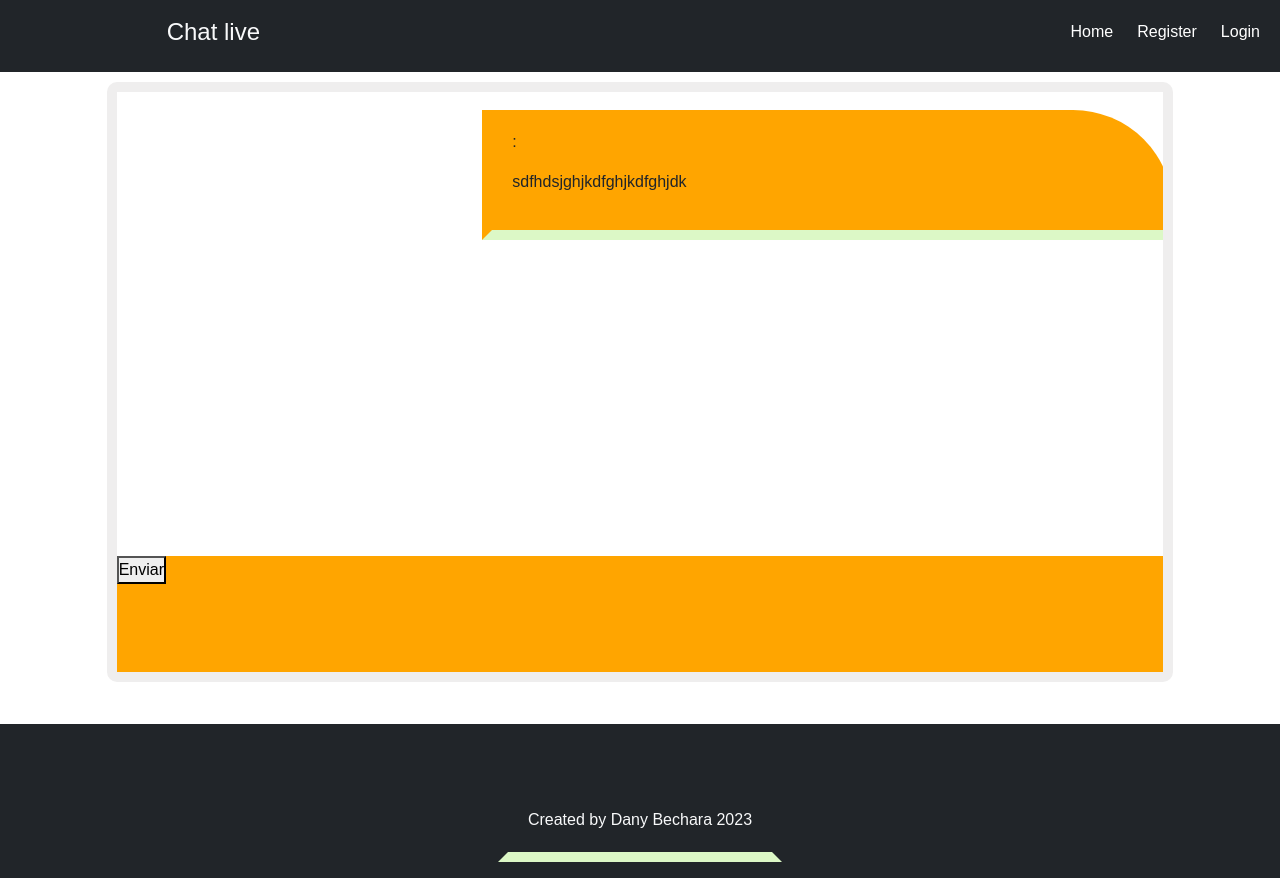
Repository: bechara611/chatv2
Page: /chat
The author's editor kept a copy of each file at every save. The page is drawn from the files as they stood at one save, then again after a run of saves.
The browser window is 1280 px wide. The pictures show the whole page.
The page's requests for data from a server got no answer. The project was rebuilt for these pictures with package versions that can differ from the ones it lists, and the page was loaded fresh each time. Some packages were replaced by stand-ins written for this rebuild. No one was signed in, and anything a server would have sent is missing. Also part of the build but not shown: src/hooks/useForm.jsx, src/api/Instance.jsx, src/auth/hooks/useAuth.jsx, src/auth/components/login.jsx, src/auth/components/register.jsx, src/ui/components/Home.jsx, src/App.css.

Above is the page before, as saved 2023-03-15 17:44:24.

### src/index.js
import React from 'react';
import ReactDOM from 'react-dom/client';
import './index.css';
import { App2 } from './App';
import { BrowserRouter } from 'react-router-dom';
import 'bootstrap/dist/css/bootstrap.min.css'
import 'bootstrap/dist/js/bootstrap.bundle.js'
import 'animate.css'
import { Provider } from 'react-redux';
import { store } from './store/Store';
const root = ReactDOM.createRoot(document.getElementById('root'));
root.render(
  <Provider store={store}>
    <BrowserRouter>
      <App2 />
    </BrowserRouter>
  </Provider>
);

### src/index.css
*{
  font-family: 'Poppins',sans-serif;
}

### src/App.js
import React from 'react'
import { Rutas } from './Router/Routes';
import { Header } from './ui/components/Header';
import './App.css'
import { Footer } from './ui/components/Footer';
import { Caparazon } from './ui/components/Caparazon';
import { ContenedorPrincipal } from './ui/components/ContenedorPrincipal';

export const App2 = () => {
  return (
    <>
      <Caparazon>
        <Header></Header>
        <ContenedorPrincipal> {/*El contenedor principal a su vez lleva sus hijos dos elementos, el footer que le pusimos absolute para ubicarlo de ultimo y el MainCuerpo que tienes las rutas */}
          <Rutas></Rutas>{/*Este MainCuerpo tiene las rutas de la aplicacion, es el main de la pagina y lo que va a cambiar dependiendo donde estemos */}
          <div className='mb-5 pb-5'></div>

          <Footer></Footer>  {/*Este es el footer que utilizamos para el pie de pagina, tiene posicion absolute como dije anteriormnete */}
        </ContenedorPrincipal>


      </Caparazon>
    </>
  )
}

### src/store/Store.js
import { configureStore } from "@reduxjs/toolkit";
import { AuthSlice } from "../auth/slices/authSlice";
import chatSlice from "../chat/slices/chatSlice";


export const store = configureStore({
    reducer:{
        auth:AuthSlice.reducer,
        chatSlice:chatSlice.reducer
    },
    middleware:(middleware)=>{
        return middleware({
            serializableCheck:false,
        })
    }

})

### src/Router/Routes.jsx
import React from 'react'
import { Navigate, Route, Routes } from 'react-router-dom'
import { Login } from '../auth/components/login'
import { Register } from '../auth/components/register'
import { Chat } from '../chat/components/Chat'
import { Home } from '../ui/components/Home'

export const Rutas = () => {

    return (

        <Routes>
            <Route path='/' element={<Home></Home>}></Route>
            <Route path='/login' element={<Login></Login>}></Route>
            <Route path='/register' element={<Register></Register>}></Route>
            <Route path='/chat' element={<Chat></Chat>}></Route>
            <Route path='/*' element={<Navigate to={'/'}></Navigate>}></Route>
        </Routes>

    )
}

### src/ui/components/Header.jsx
import React, { useEffect } from 'react'
import { useDispatch, useSelector } from 'react-redux';
import { NavLink, useNavigate } from 'react-router-dom'
import { logout } from '../../auth/slices/authSlice';
import './Header.css'
export const Header = () => {
  const navegar= useNavigate()
  const authState = useSelector((state)=>state.auth);
  const dispatch = useDispatch();
  useEffect(() => {


    return () => {

    }
  }, [])

  return (
    <>

      <div className=" bg-dark contenedor-header col-12">
        <div className="titulo-header col-sm-4 col-12">
          <h4 className='text-light'>Chat live</h4>

        </div>
        <div className="col-sm-8 col-12  contenedor-menu">
          <nav className=' m-2 nav'>

            <NavLink className={ ({isActive}) => `item-menu  ${ isActive ? 'activeLink':'' }` } to={'/'} >Home</NavLink>
            {
              authState.token && authState.name && authState.email ?
              <NavLink className={ ({isActive}) => `item-menu  ${ isActive ? 'activeLink':'' }` } to={'/chat'} >Chat</NavLink>
              :<></>
            }

            <NavLink className={ ({isActive}) => `item-menu  ${ isActive ? 'activeLink':'' }` } to={'/register'} >Register</NavLink>
            {authState.token && authState.name && authState.email ?
              <NavLink className={ ({isActive}) => `item-menu  }` } to={'/login'} onClick={()=>{
                localStorage.removeItem('email')
                localStorage.removeItem('token')
                localStorage.removeItem('name')

                navegar('/login')
                dispatch(logout())
              }} >Logout</NavLink>
              :
              <NavLink className={ ({isActive}) => `item-menu  ${ isActive ? 'activeLink':'' }` } to={'/login'} >Login</NavLink>
            }

            </nav>
        </div>




      </div>
    </>

  )
}

### src/ui/components/Footer.jsx
import React from 'react'
import './Footer.css'


let linkdn="https://linkedin.com/in/DanyBechara";
let correo="mailto:bechara611@gmail.com";
let blank='_blank';
let github='https://github.com/bechara611';
let whatssap='https://wa.me/584120361952';

export const Footer = () => {
  return (
    <>

      {/*Aca este footer le estamos colocando una posicion absolute y a su padre relativa para poder ubicarlo al final de su div padre */}
      <div className="footer  col-12  mt-2 bg-dark">
      <a href={linkdn} target={blank} className='animate__animated animate__lightSpeedInLeft'><i className=" linkdin fa-brands fa-linkedin iconoRedes"></i></a>
      <a href={whatssap} target={blank}  className='animate__animated animate__lightSpeedInLeft'><i className="whatssap fa-brands fa-whatsapp iconoRedes"></i></a>
      <a href={correo} target={blank}  className='animate__animated animate__lightSpeedInLeft'><i className="gmail fa-solid  fa-envelope iconoRedes"></i></a>
      <a href={github} target={blank}  className='  animate__animated animate__lightSpeedInLeft'><i className=" github fa-brands fa-github iconoRedes"></i></a>

     <div className="col-12 contenedor-mensaje-footer mt-1">
     <div className="col-12 contenedor-mensaje-footer">
     <p className='mensaje text-light'>Created by Dany Bechara {new Date().getFullYear().toString()}</p>
     </div>

     </div>
      </div>
    </>

  )
}

### src/ui/components/Caparazon.jsx
import React from 'react'
import './Caparazon.css'
export const Caparazon = ({ children }) => {
    return (
        <>
{/*Caparazon princiapal donde el mismo tiene un flex en colum, adentro tiene sus hijos que son un div que
ocupe el 70vh donde eesta todo lo demas y el 30vh primero es del header */}
            <div className='caparazonPrincipal '>

                {children}

            </div>
        </>
    )
}

### src/ui/components/ContenedorPrincipal.jsx
import React from 'react'
import './ContenedorPrincipal.css'
export const ContenedorPrincipal = ({ children }) => {
  return (
    <div className='ContenedorPrincipal'>
    {/*Aca de hijos tendran las rutas para verse en el medio y el footer, este tiene un position relative para que su hijo footer pueda
  ubicarse en la parte de abajo */}
      {children}
    </div>
  )
}

### src/auth/slices/authSlice.js
import { createSlice } from "@reduxjs/toolkit";


export const AuthSlice = createSlice({
    name: 'auth',
    initialState: {
        name: localStorage.getItem('name') || null,
        email: localStorage.getItem('email') || null,
        token: localStorage.getItem('token') || null
    },
    reducers: {
        login: (state, { payload }) => {
            state.name=payload.name;
            state.email=payload.email;
            state.token=payload.token

        },
        logout:(state,{payload})=>{
            state.name=null;
            state.email=null;
            state.token=null;
        },
    }
})

export const {mostrar,logout,login} = AuthSlice.actions;

### src/chat/slices/chatSlice.js
import { createSlice } from "@reduxjs/toolkit";

const initialState={
    mensajes:[{name:'',mensaje:'',fecha:'',email:''}],
    conectados:[],
}

const chatSlice = createSlice({
    name:'chatSlice',
    initialState,
    reducers:{
        pushConectadosSlice :(state,{payload})=>{
            state.conectados=payload
        },
        pushMensajesSlice:(state,{payload})=>{
            state.mensajes=payload
        },
    }
})

export default chatSlice
export const {pushConectadosSlice,pushMensajesSlice} = chatSlice.actions

### src/chat/components/Chat.jsx

import { io } from "socket.io-client";
import React, { useEffect, useRef, useState } from 'react'
import './chat.css'
import { getUnixTime } from "date-fns";
import { useDispatch, useSelector } from "react-redux";
import { pushConectadosSlice, pushMensajesSlice } from "../slices/chatSlice";
import { Mensaje } from "./Mensaje";

const socket = io(process.env.REACT_APP_BACKEND, { //ruta del backend
    'extraHeaders': {
        'token': localStorage.getItem('token'),
        'email': localStorage.getItem('email'),
        'nombre': localStorage.getItem('name'),
    }
})
export const Chat = () => {


    const mensajesEstado = useSelector(state => state.chatSlice)
    const dispatch = useDispatch();

    useEffect(() => {

        socket.on('connect', () => { })
        socket.on('NuevoIntegrante', (payload) => {
            //TODO aca debes colocarle al slice y al estado los nuevos integrantes
            dispatch(pushConectadosSlice(payload))
            console.log(payload)
        })
        //?recibir mensajes
        socket.on('recibirTodosMensajes', (payload) => {
            //TODO colocar en el slice los mensajes
            dispatch(pushMensajesSlice(payload))
            console.log(payload)
        })
    }, [])





    //?metodo para enviar mensajes

    const EnviarMensajes = () => {
        let mensaje = {
            name: localStorage.getItem('name'),
            mensaje: 'Mensaje nuevo ',//TODO ponle el estado de mensaje
            fecha: getUnixTime(new Date()),
            email: 'bechara612@gmail.com'
        }
        socket.emit('recibiMensaje', mensaje)

    }



    //TODO FIN SOCKET

    const referenciaDiv = useRef();
    const referenciaDiv2 = useRef();
    useEffect(() => {

        referenciaDiv2.current.scrollTop = referenciaDiv2.current.scrollHeight;
    }, [])
    useEffect(() => {


        referenciaDiv2.current.scrollTop = referenciaDiv2.current.scrollHeight;
    }, [mensajesEstado])

    return (
        <>
            <div className="col-12 chat2 " ref={referenciaDiv}>
                <div className="col-10 hijoChat">
                    <div className="col-12 parteMensajes" ref={referenciaDiv2} >
                        {
                            mensajesEstado.mensajes.map((mensaje, index) => {
                                return <Mensaje mensaje={mensaje}></Mensaje>
                            })
                        }
                    </div>
                    <div className="col-12 parteInputs">
                    <button onClick={() => { EnviarMensajes() }}>Enviar</button>
                    </div>
                </div>
            </div>


        </>

    )
}

### src/ui/components/Header.css
.contenedor-header{
    display: flex;
    flex-direction: row;
    flex-wrap: wrap;
    min-height: 10vh;
}
.titulo-header{
    text-align: center;
    padding: 5px;
    display: flex;
    flex-direction: row;
    justify-content: center;
    align-items: center;
    align-self: center;
}
.contenedor-menu{
    display: flex;
    flex-direction: row;
    flex-wrap: nowrap;
    justify-content: flex-end;

}
.item-menu{
   margin: 5px;
   text-decoration: none;
   color: white;
  transition: all 1s ease;
   padding: 7px;
   border-radius: 20px;
}
.activeLink{
    background: rgb(40, 139, 196);
}
.item-menu:hover{
    text-decoration: none;
    background: rgb(40, 139, 196);
    color: white;
}

@media(max-width:577px){
.contenedor-menu{
        justify-content: center;
        text-align: center;
        align-self: center;
        align-items: center;
        flex-wrap: nowrap;
    }
    .nav{
        justify-content: center;
        text-align: center;
        align-self: center;
        align-items: center;
        flex-wrap: nowrap;
    }
    .item-menu{
    padding: 0px;
    }
}

### src/ui/components/Footer.css


.footer {

    background: rgb(209, 102, 102,.1);
    position: absolute;
    bottom: 0%;
    display: flex;
    flex-direction: row;
    justify-content: center;
    text-align: center;
    align-items: center;
    justify-items: center;
    flex-wrap: wrap;

}


.iconoRedes {
    font-size: 40px;
    padding-left: 10px;
    margin: 5px;

}

.github:hover {
    color: #4b3074;

}
.github{
    color: #6e5494;
}

.whatssap:hover {
    color: #0c903c;
}
.whatssap{
    color: #25d366;

}

.gmail:hover {
    color: #e65f5f;
}

.gmail{
    color: #cc0000;
}

.linkdin:hover {
    color: #0780ac;
}

.linkdin{
    color: #0377a1;
}

.contenedor-mensaje-footer {
    display: flex;
    flex-direction: row;
    justify-content: center;
    text-align: center;
    align-items: center;
    justify-items: center;
}

/*?RESPONSIVE*/

@media(max-width:255px) {
    .iconoRedes {
        font-size: 30px;
        padding-left: 5px;
    }

    .mensaje {
        font-size: 10px;
    }
}

### src/ui/components/Caparazon.css
/*Estilos del caparazon como tal principal*/
    /*Aca colocamos que el caparazonPrincipal ocupa toda la pantalla, y una direccion en column para que el header sea de 30vh y el resto el otro div  */
.caparazonPrincipal{
    display: flex;
    flex-direction: column;
    justify-content: space-between;
    min-height: 100vh;
  overflow-x: hidden;
  overflow-y: visible;
}

### src/ui/components/ContenedorPrincipal.css
/*Aca al contenedor ponemos positionRelative para que el footer pueda tener una posicion absoluta y se pueda posicionar al final*/
.ContenedorPrincipal{
    min-height: 90vh;

    position: relative;
}

### src/auth/components/login.css
*,
*:before,
*:after{
    padding: 0;
    margin: 0;
    box-sizing: border-box;
}

.social{
  display: flex;
  flex-direction: row;
  justify-content: center;
}
.contenedor-loginRegistro{

  margin-top: 5px;
  display: flex;
  flex-direction: row;
  justify-content: center;
  align-items: center;
}

  .formularioLoginRegister{

    background-color: rgb(29, 29, 29,.6);
    top: 50%;
    left: 50%;
    border-radius: 10px;
    backdrop-filter: blur(10px);
    border: 2px solid rgba(255,255,255,0.1);
    box-shadow: 0 0 10px rgba(142, 201, 228, 1);
    padding: 10px 15px;
}
.formularioLoginRegister *{

    color: #ffffff;
    letter-spacing: 0.5px;
    outline: none;
    border: none;
}
.formularioLoginRegister h3{
    font-size: 32px;
    font-weight: 500;
    line-height: 42px;
    text-align: center;
}

.labelLoginRegister{
    display: block;
    margin-top: 30px;
    font-size: 16px;
    font-weight: 500;
}
.inputLoginRegister{
    display: block;
    height: 45px;
    width: 100%;
    background-color: rgba(255,255,255,0.07);
    border-radius: 3px;
    padding: 0 5px;
    margin-top: 8px;
    font-size: 14px;
    font-weight: 300;

}
::placeholder{
    color: #e5e5e5;
}
.btnLoginRegister{
    margin-top: 50px;
    width: 100%;
    background-color: #ffffff;
    color: #080710;
    padding: 5px 0;
    font-size: 18px;
    font-weight: 600;
    border-radius: 5px;
    cursor: pointer;

}
.btnLoginRegister:hover{
  background: #94b1dd;;
}
.social{
  margin-top: 30px;
  display: flex;
  cursor: pointer;
}
.social div{
  background: red;
  width: 150px;
  border-radius: 3px;
  padding: 5px 10px 10px 5px;
  background-color: rgba(55, 135, 184, 0.67);
  color: #eaf0fb;
  text-align: center;
  cursor: pointer;
}
.social div:hover{
  background-color: rgba(255,255,255,0.47);
}
.social .fb{
  margin-left: 25px;
}
.social i{
  margin-right: 4px;
}

### src/chat/components/chat.css
.chat {
    background: red;
    width: 100vw;
    height: 300px;
    overflow: scroll;
    margin-top: 1000px;

}

.chat2 {

    width: 100vw;
    height: 600px;
    overflow: auto;
    margin-top: 10px;
    margin-bottom: 10px;
    justify-content: center;
    display: flex;
    margin-bottom: 100px;
}

.hijoChat {
border: 10px solid rgb(173, 171, 171,.2);
border-radius: 10px;
    height: 600px;
    display: flex;
    flex-wrap: wrap;
    overflow-x: hidden;
}

.parteMensajes{
overflow-y: hidden;
height:80%;
overflow: auto;

overflow-x: hidden;

}
.parteInputs{
    height: 20%;
background: orange;
}

### src/chat/components/Mensaje.jsx
import React from 'react'
import './Mensaje.css'
export const Mensaje = ({ mensaje, background }) => {
    // border-bottom-right-radius: 100px;
    // border-top-right-radius: 100px;
    // border-bottom-left-radius: 50px;
    return (
        <>
            <div className="col-12 contenedorMensajeInidividual" style={
                { justifyContent: mensaje.email === localStorage.getItem('email') ? 'flex-start' : 'flex-end'

            }

            } >
                <div className="mensaje col-8 " style={{
                    background: mensaje.email === localStorage.getItem('email') ? 'yellow' : 'orange',
                    borderBottomRightRadius: mensaje.email === localStorage.getItem('email') ? '100px' : '10px',
                    borderTopRightRadius: mensaje.email === localStorage.getItem('email') ? '0px' : '100px',
                }}>
                    <div className=" col-12">

                        <p>{mensaje.name}:</p>
                        <p>{mensaje.mensaje}sdfhdsjghjkdfghjkdfghjdk</p>
                    </div>
                </div>
            </div>

        </>
    )
}

### src/chat/components/Mensaje.css
.contenedorMensajeInidividual {
    display: flex;
    overflow-y: hidden;
    overflow-y: hidden;
    justify-content: flex-start;
    flex-direction: row;
    padding-left: 10px;
    padding-top: 8px;
    padding-bottom: 2px;
    margin: 10px;
}

.mensaje {
    border-style: solid;
    border-width: 0 10px 10px 10px;
    border-color: transparent transparent #dcf8c6 transparent;

    text-align: justify;
    padding: 20px;

    align-self: flex-end;
    align-items: flex-end;

}

After the next 2 saves:
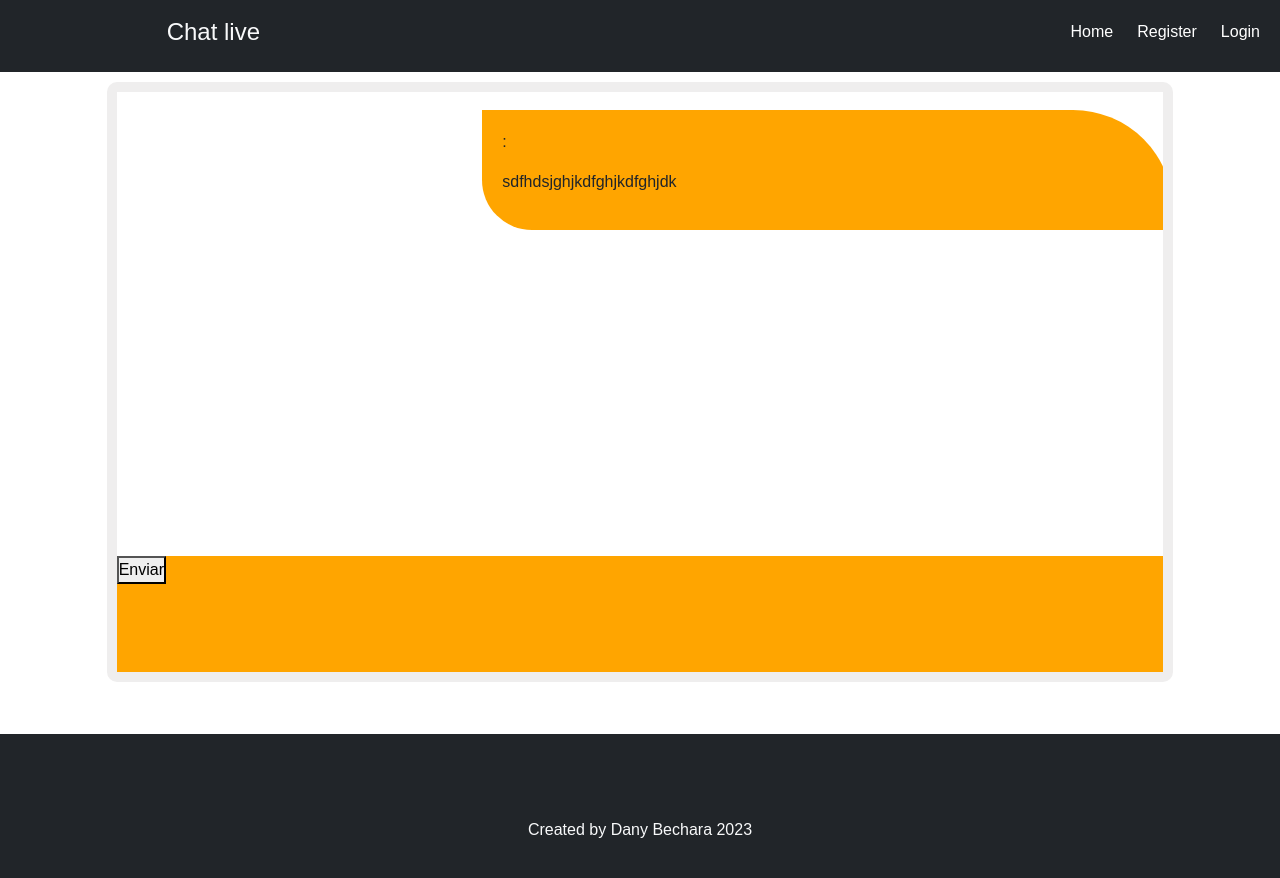
The 2 saves are shown as one change because they came seconds apart.
The last was saved 7 s later.
--- a/src/chat/components/Mensaje.css
+++ b/src/chat/components/Mensaje.css
@@ -11,13 +11,12 @@
 }
 
 .mensaje {
-    border-style: solid;
-    border-width: 0 10px 10px 10px;
-    border-color: transparent transparent #dcf8c6 transparent;
 
     text-align: justify;
     padding: 20px;
-
+    border-bottom-right-radius: 100px;
+    border-top-right-radius: 10px;
+    border-bottom-left-radius: 50px;
     align-self: flex-end;
     align-items: flex-end;
 
